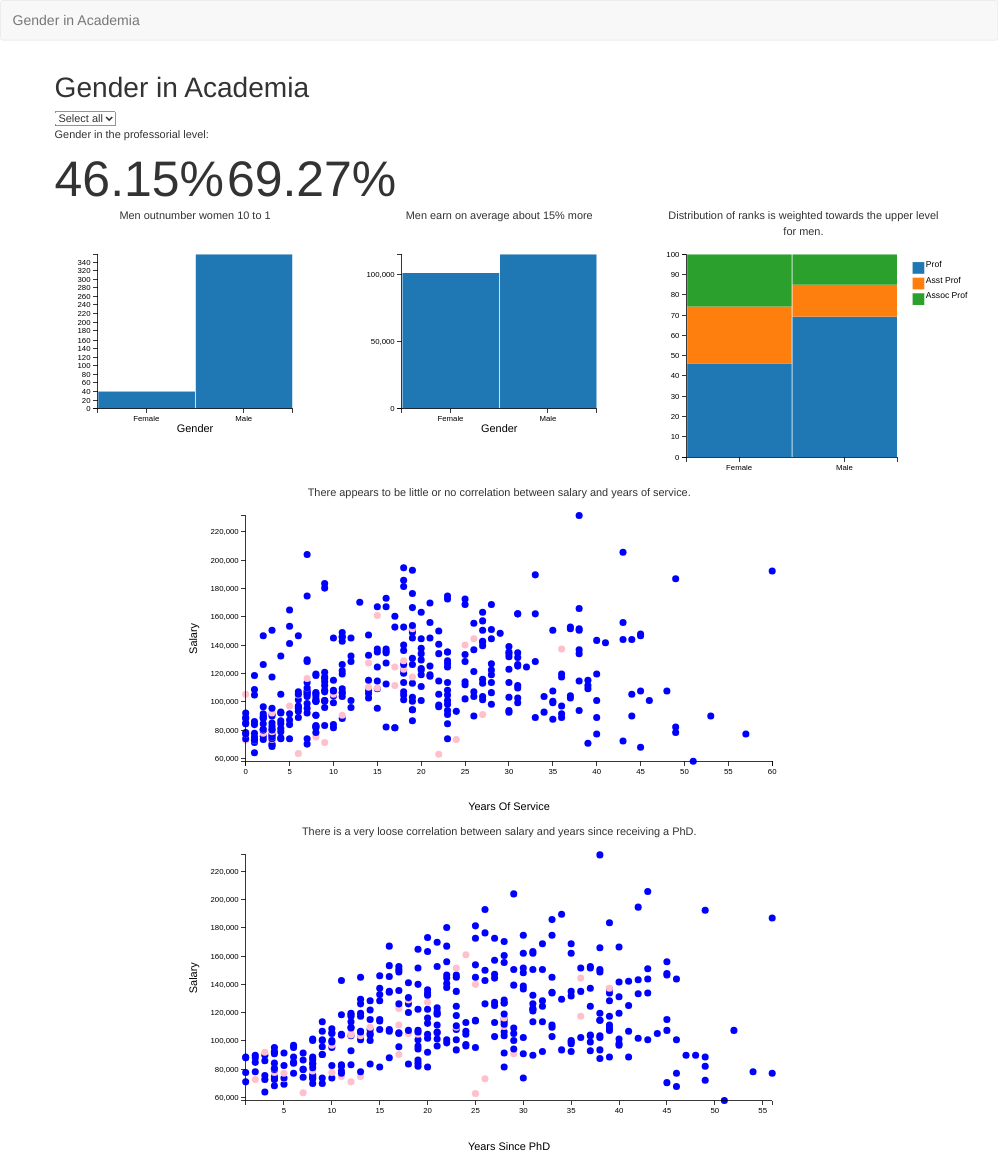
Repository: kescardoso/dashboard
Page: index.html
The author's editor kept a record of every edit. The page is drawn from the files as they stood at one moment, then again after the next edit.
The browser window is 1280 px wide. The pictures show the whole page, at 78% of full size.

Above is the page before.

After the next edit:
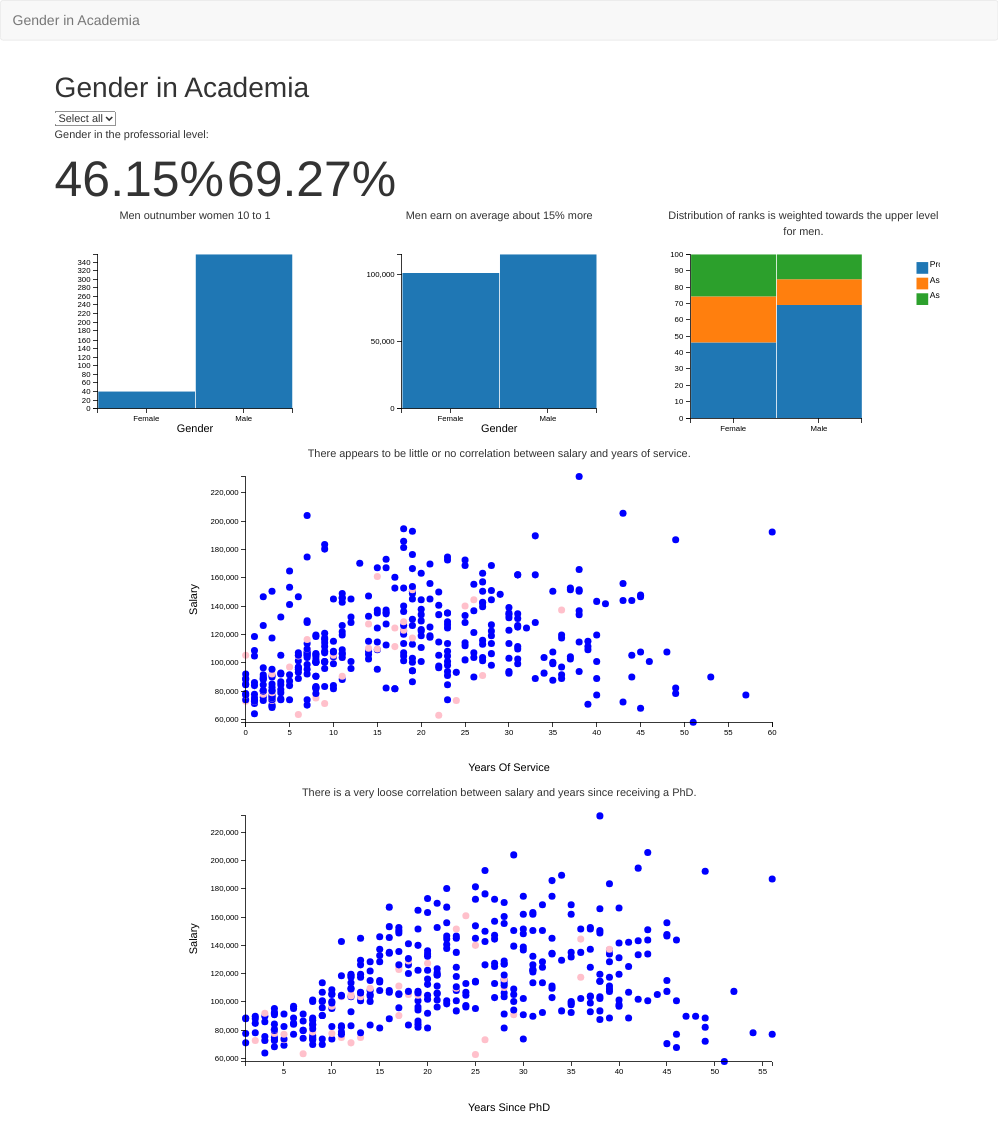
The edit:
--- a/static/js/graph.js
+++ b/static/js/graph.js
@@ -164,8 +164,8 @@
     var assocProfByGender = rankByGender(dim, "AssocProf");
 
     dc.barChart("#rank-distribution")
-        .width(400)
-        .height(300)
+        .width(350)
+        .height(250)
         .dimension(dim)
         .group(profByGender, "Prof")
         .stack(asstProfByGender, "Asst Prof")
